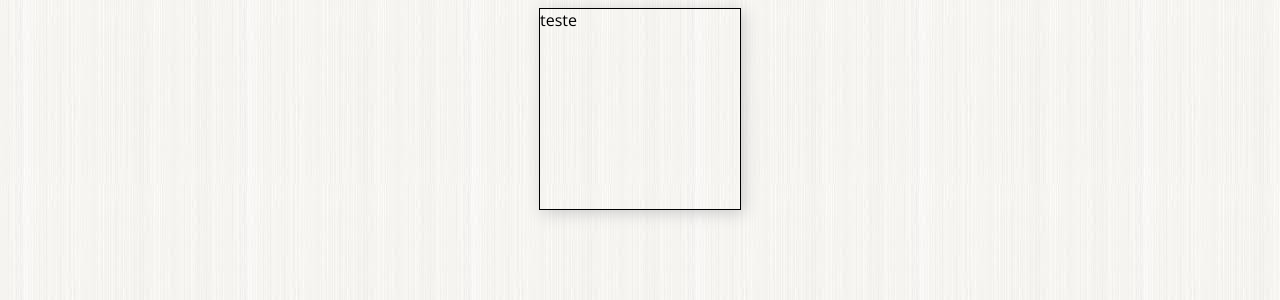
Repository: lauroPereira/study
Page: http://localhost/modules/home/home.php
These files come from the project's save history. The page is drawn as it stood at one moment and after the next save; the edit follows.
The browser window is 1280 px wide. The pictures show the whole page.
The page is run by PHP 8.4 with error messages shown; the project is at /var/www/html/.

Above is the page before, as saved 2016-06-14 04:19:56.

### TrabalhoFinalWeb/modules/home/home.php
<!DOCTYPE html>
<html>
<head>
<title>Trabalho 1 de programação Web</title>
<meta charset="UTF-8">
<meta name="description" content="Site da empresa imobiliaria">
<meta name="author" content="Lauro Pereira">
<link href="../../css/style.css" rel="stylesheet">
<link href="../../css/home.css" rel="stylesheet">
<link
	href="http://fonts.googleapis.com/css?family=Open+Sans&subset=latin,latin-ext"
	rel='stylesheet' type='text/css'>
</head>
<body>
	<div id="carousel">
		teste
	</div>
</body>
<script src="../../js/script.js" lang'="text/javascript"></script>
</html>

### TrabalhoFinalWeb/css/style.css
body{
    background-image: url("../img/background.jpg");
}
*{
    font-family: 'Open Sans', sans-serif;
}

input, textarea{
    background-color: #EFEFFF;
}
.central{
    width: 70%;
    margin: 0 auto;
}

.comFundo{
    position: relative;
    background-color: rgba(58, 74, 149, 0.5);
    border-radius: 10px;
    z-index: 1;
}

h2{
    margin-top: 5em;
}
#barraSup{
    text-align: right;
    padding-right: 3em;
    background-image: linear-gradient( to top right, #CCC 5%, #3A4A95 95%);
    margin-top:-0.5em;
    padding-bottom: 0.5em;
    padding-top: 0.7em;
}

#barraSup{
    color: #D8D8D8;
}

#barraSup a:hover{
    color: orangered;
    text-decoration: none;
}
#logo{
    text-align: left;
    background-color: #fafafa;
    padding-left: 20px;
}

#logo > div > img[alt=logotipo]{
    display: inline-block;
    float: left;
    margin-top: 8px;
}

#meio{
    margin-top: -0.5em;
    float: right;
    display: inline-block;
    width: 900px;
    text-align: right;
}

#carrinho {
    vertical-align: top;
    display: inline-block;
}

#carrinho > a > img[alt~=carrinho]{
    margin-right: 2em;
    max-width: 30px;
}

#carrinho > pre{
    margin: 0 1em 0 0;
}

#logo + hr {
    margin-top: 0;
}

#busca {
    color: #D8D8D8;
    display: inline-block;
    background-image: linear-gradient( to top left, #3A4A95 10%, #CCC 98%);
    padding: 0.5em 1em 1em 1em;
    border-radius: 0 0 20px 5px;
}
#busca button{
    padding: 1px;
    text-align: center;
}
#busca button img{
    width: 15px;
    height: 15px;
}
ul{
   display: inline-block;
   vertical-align: bottom;
}
ul li{
    display: inline;
}

ul li a{
    text-decoration: none;
    color: #3A4A95;
    font-size: 18px;
    font-weight: bolder;
    margin-bottom: 1em;
    padding: 10px;
}

ul li a:hover{
    font-style: italic;
    text-decoration: none;
    color: orangered;
}

#destaques{
    margin-top: 50px;
}

#destaques h2{
    margin-bottom: 0px;
}

#tipoProd{
    margin-top: 0px;
}

#destaques img[alt^=produto] {
    margin-top: 20px;
    max-width: 100%;
}

.produto{
    display: inline-block;
    width: 20%;
    padding: 1%;
    margin: 6% 1% 0 1%;
}
.produto > pre{
    text-align: center;
}
.add{
    background-color: rgba(255,255,255, 0.6);
    border-radius: 10px;
    padding: 3px;
    position: absolute;
    z-index: 2;
    width: 40px;
    float: right;
}
.formulario{
    margin: 0 auto;
    padding: 20px;
    text-align: center;
    width: 50%;
}

.formulario div{
    line-height: 220%;
    text-align: left;
    display: inline-block;
    vertical-align: top;
}

.formulario input[type^=submit]{
    margin-left:1em;

}

.formulario input[type^=submit]{
    float: right;
    margin-top: 0.5em;
}


#rodape{
    margin-top: 2em;
    color: #888;
    padding: 2em 0 2em 0;
    background-color: #DDD;
}

#rodape div a{
    color: #888;
    font-weight: lighter;
}

#rodape div{
    position: relative;
    font-family: sans-serif;
    font-size: 14px;
}

#rodape div img{
    position: absolute;
    right: 0;
    top: -1.3em;
    height: 6em;
}

#descProduto label{
    font-weight: bold;
}

table{
    background-color: rgba(58, 74, 149, 0.5);
    padding: 2px;
    border: 2px dashed #3A4A95;
    text-align: center;
    table-layout: auto;
}

table + input{
    width: 10%;
    margin-left: 40%;
    margin-top: 10px;
    text-align: center;
}

#total{
    font-weight: bolder;
}

#conteudo{
	min-height:240px;
	width:95%;
	margin: 0 auto;
	margin-top:60px;
}

### TrabalhoFinalWeb/css/home.css
#carousel{
	box-shadow: 3px 3px 15px #ccc;
	border: 1px solid black;
	height:200px;
	width:200px;
	margin: 0 auto;
}

Loaded but not shown: TrabalhoFinalWeb/js/script.js (no copy from this time; the picture is the same without it)

After the next save:
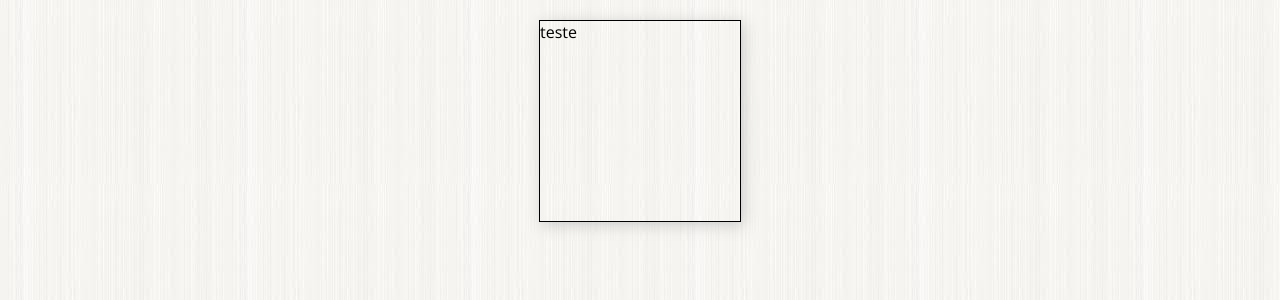
Saved 12 s later.
--- a/TrabalhoFinalWeb/css/home.css
+++ b/TrabalhoFinalWeb/css/home.css
@@ -4,4 +4,5 @@
 	height:200px;
 	width:200px;
 	margin: 0 auto;
+	margin-top: 20px;
 }
